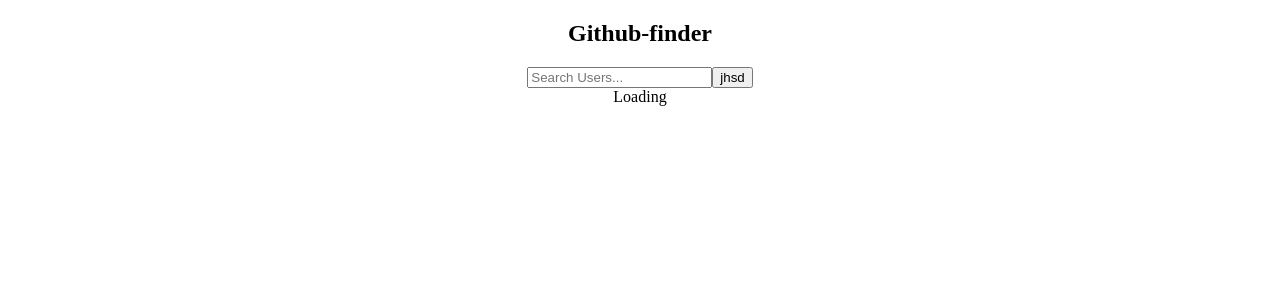
Repository: Tambarie/github-finder
Page: /
The author's editor kept a copy of each file at every save. The page is drawn from the files as they stood at one save, then again after the next save.
The browser window is 1280 px wide. The pictures show the whole page.
The page's requests for data from a server got no answer. The project was rebuilt for these pictures with package versions that can differ from the ones it lists, and the page was loaded fresh each time. No one was signed in, and anything a server would have sent is missing. Also part of the build but not shown: src/components/users/UserItem.js.

Above is the page before, as saved 2021-11-10 00:47:38.

After the next save:
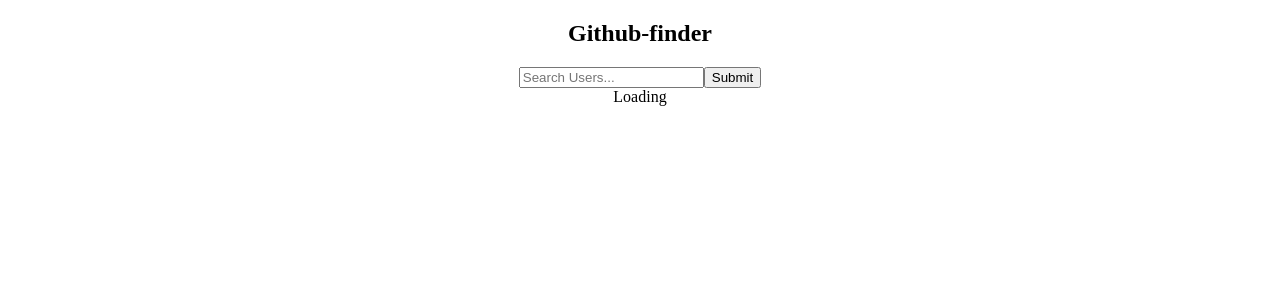
Saved 17 s later.
--- a/src/components/users/Search.js
+++ b/src/components/users/Search.js
@@ -18,7 +18,7 @@
           placeholder='Search Users...'
           onChange={(e) => setText(e.target.value)}
         />
-        <input type='submit' value={text} className='btn btn-dark btn-block' />
+        <input type='submit' className='btn btn-dark btn-block' />
       </form>
     </div>
   )
